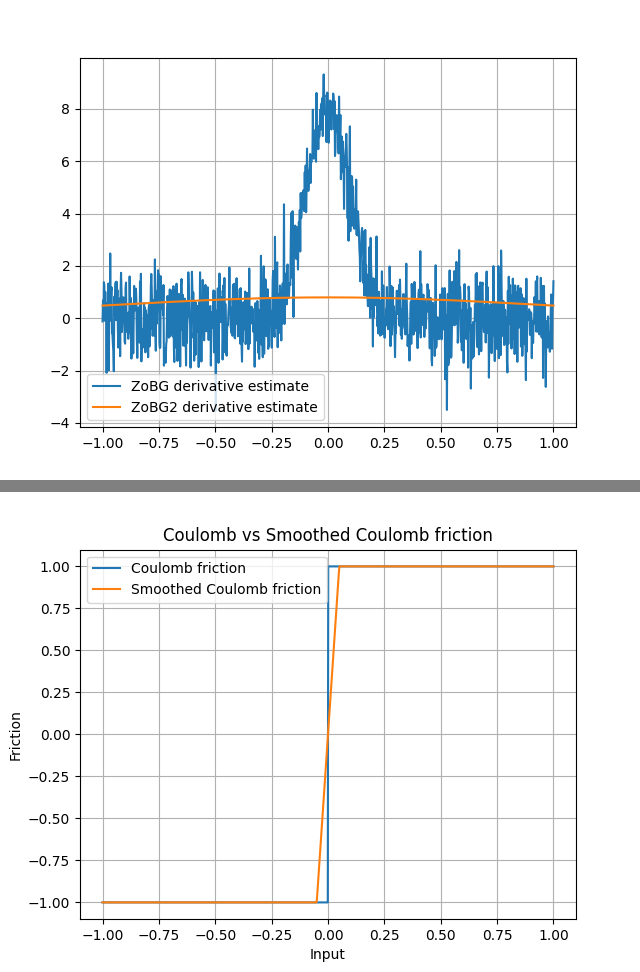
Repository: oomcth/Gradient-smoothing
Script's output: python test.py
These files come from the project's save history. The script's output is drawn as it stood at one moment and after the next save; the edit follows.
Each picture stacks the figures in order, with grey between them; figures that are only written to a file come last. Random numbers start from a fixed seed.

Above is the script's output before, as saved 2025-11-21 18:25:30.

### test.py
import numpy as np
import matplotlib.pyplot as plt

rng = np.random.default_rng()
sigma = 0.1
t = 0.1


def coulomb_friction(x):
    return -1 if x < 0 else 1


def smoothed_coulomb_friction(x, t):
    assert t > 0
    return -1 if x < -t / 2 else 1 if x > t / 2 else 2 * x / t


def visualize_coulomb(t):
    x = np.linspace(-1, 1, 1000)
    y1 = np.array([coulomb_friction(l) for l in x])
    y2 = np.array([smoothed_coulomb_friction(l, t) for l in x])

    plt.plot(x, y1, label="Coulomb friction")
    plt.plot(x, y2, label="Smoothed Coulomb friction")

    plt.legend()
    plt.xlabel("Input")
    plt.ylabel("Friction")
    plt.title("Coulomb vs Smoothed Coulomb friction")
    plt.grid(True)
    plt.show()


def gaussian_pdf(x, mu=0.0, sigma=1.0):
    return 1.0 / (np.sqrt(2 * np.pi) * sigma) * np.exp(-0.5 * ((x - mu) / sigma) ** 2)


def zo_gradient(f, x, M=100):
    x = np.array([x], dtype=np.float64)
    omegas = np.random.normal(loc=0, scale=sigma, size=M)
    xs = x + omegas
    fx = np.array([f(xi) for xi in xs])
    glp = -omegas / (sigma**2)
    return -(fx * glp).sum(axis=0) / M


def fo_gradient(f, x, M=100):
    return 2 * gaussian_pdf(-x)


def visualize_coulomb_derivatives():
    x = np.linspace(-1, 1, 1000)

    y1 = np.array(
        [
            zo_gradient(
                coulomb_friction,
                l,
            )
            for l in x
        ]
    )
    y2 = np.array(
        [
            fo_gradient(
                coulomb_friction,
                l,
            )
            for l in x
        ]
    )

    plt.plot(x, y1, label="ZoBG derivative estimate")
    plt.plot(x, y2, label="ZoBG2 derivative estimate")
    plt.legend()
    plt.grid(True)
    plt.show()


visualize_coulomb_derivatives()
visualize_coulomb(t)

After the next save:
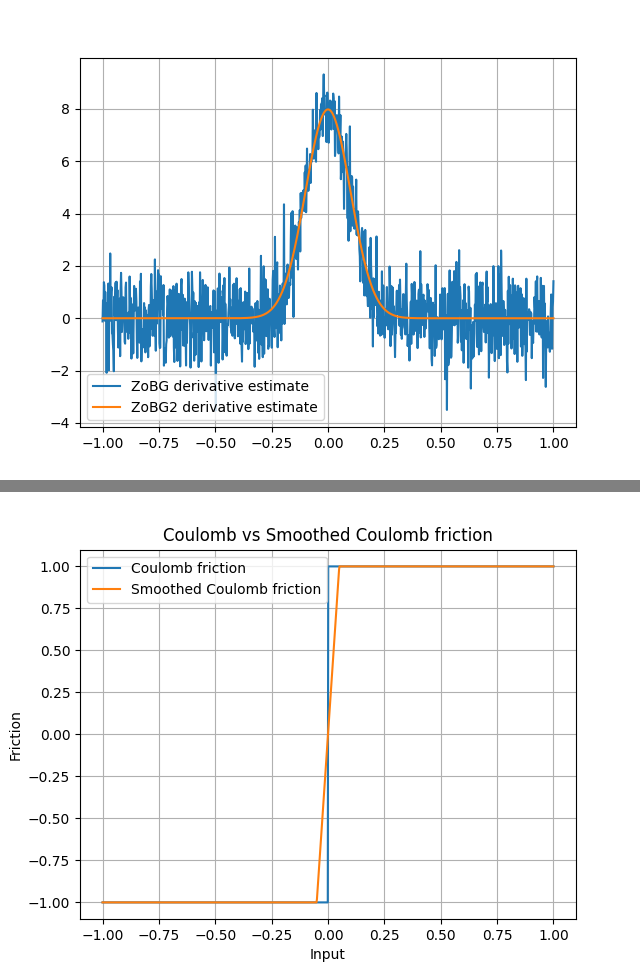
Saved 77 s later.
--- a/test.py
+++ b/test.py
@@ -45,7 +45,7 @@ def zo_gradient(f, x, M=100):
 
 
 def fo_gradient(f, x, M=100):
-    return 2 * gaussian_pdf(-x)
+    return 2 * gaussian_pdf(-x, mu=0, sigma=sigma)
 
 
 def visualize_coulomb_derivatives():
